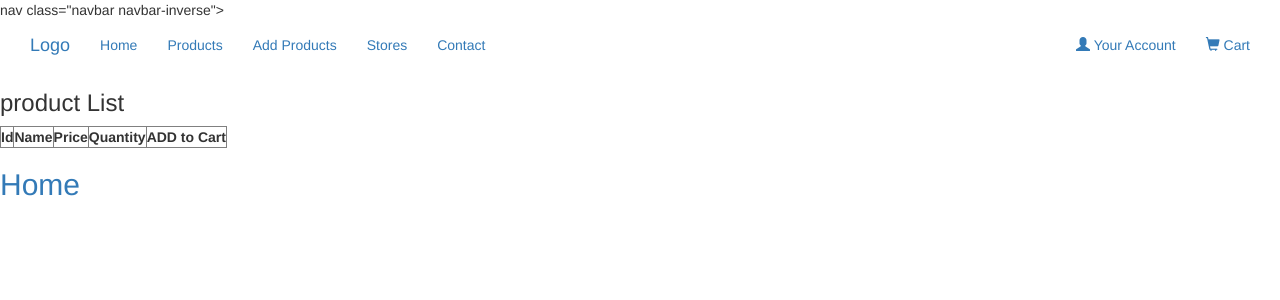
Repository: akashbhasy/AllTrainingProjects_MC-SB
Page: http://localhost/ProductPortalApp/WEB-INF/views/viewAllProducts.jsp
An editor plug-in stored every save of this project. The page is shown before and after the next save, followed by the edit.
The browser window is 1280 px wide. The pictures show the whole page.
The page is served by Tomcat 9. Nobody is signed in. The template is opened directly, without the code that normally fills it, so the values that code supplies are empty.

Above is the page before, as saved 2021-05-16 16:41:02.

After the next save:
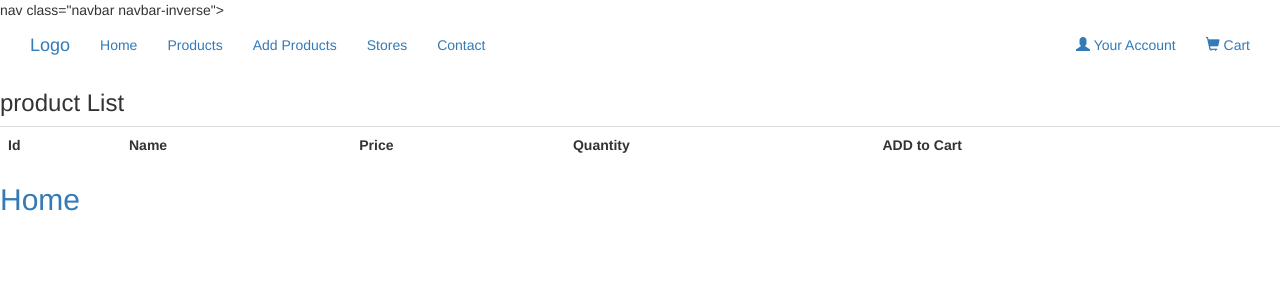
Saved 106 s later.
--- a/ProductPortalApp/src/main/webapp/WEB-INF/views/viewAllProducts.jsp
+++ b/ProductPortalApp/src/main/webapp/WEB-INF/views/viewAllProducts.jsp
@@ -54,7 +54,7 @@ nav class="navbar navbar-inverse">
 	<h3>product List</h3>
 
 
-	<table border="1" cellpadding="2" cellspacing="2">
+	<table class="table table-hover">
 
 		<tr>
 			<th>Id</th>
